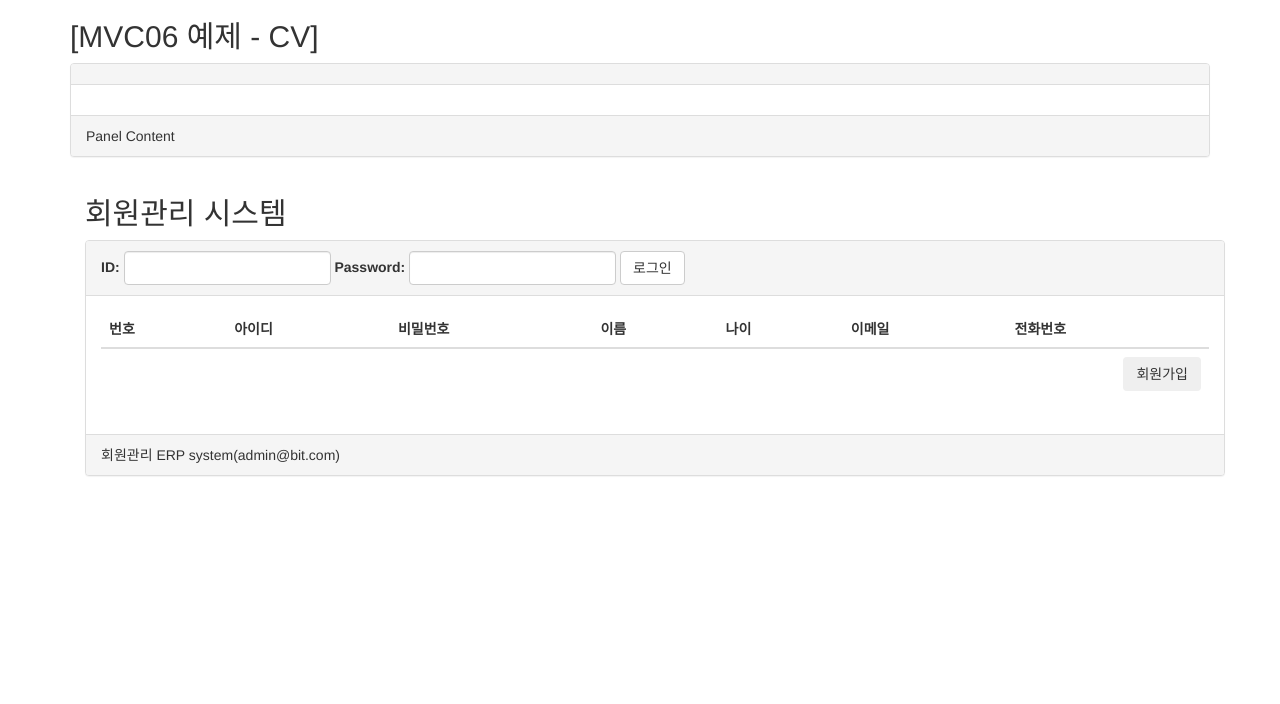
Repository: yhb131618/JAVA_WEB_PROJECT
Page: http://localhost/MVC06/WEB-INF/member/memberlist.jsp
The author's editor kept a copy of each file at every save. The page is drawn from the files as they stood at one save, then again after the next save.
The browser window is 1280 px wide. The pictures show the whole page.
Some web libraries are served in a nearby version. The page is served by Tomcat 9. Nobody is signed in. Other server files are loaded and not shown. The template is opened directly, without the code that normally fills it, so the values that code supplies are empty.

Above is the page before, as saved 2023-12-27 05:54:25.

### MVC06/WebContent/WEB-INF/member/memberlist.jsp
<%@ page language="java" contentType="text/html; charset=UTF-8"
    pageEncoding="UTF-8"%>
<%@ page import="kr.bit.model.*" %>
<%@ page import="java.util.*" %>

<%

	ArrayList<MemberVO> list = (ArrayList<MemberVO>)request.getAttribute("list");
%>
<%@taglib prefix="c" uri="http://java.sun.com/jsp/jstl/core" %>
<c:set var="ctx" value="${pageContext.request.contextPath}"/>

<!DOCTYPE html>
<html>
<head>
<meta charset="UTF-8">
<meta name="viewport" content="width=device-width, initial-scale=1">
<link rel="stylesheet" href="https://maxcdn.bootstrapcdn.com/bootstrap/3.4.1/css/bootstrap.min.css">
<script src="https://code.jquery.com/jquery-3.2.1.min.js"></script>
<script src="https://ajax.googleapis.com/ajax/libs/jquery/3.7.1/jquery.min.js"></script>
<script src="https://maxcdn.bootstrapcdn.com/bootstrap/3.4.1/js/bootstrap.min.js"></script>
<script type="text/javascript">
	$(document).ready(function(){
		<c:if test="${!empty msg}">
			alter("${msg}");
			<c:remove var="msg" scope="session"/>
		</c:if>
	});

	function deleteFn(num){
		location.href="${ctx}/memberDelete.do?num="+num;
	}
	function check(){
		if($('#user_id').val()== ''){
			alert("아이디를 입력하세요");
			return false;
		}
		if($('#password').val()== ''){
			alert("비밀번호를 입력하세요");
			return false;
		}

	return true;
	}
	function logout(){
		//System.out.println("logout");
		location.href="<c:url value='/memberLogout.do'/>";
	}
</script>
<title>Insert title here</title>
</head>
<body>

<div class="container">
  <h2>[MVC06 예제 - CV]</h2>
  <div class="panel panel-default">
    <div class="panel-heading">
    <c:if test="${sessionScope.userId!=null && sessionScope.userId!='' }">
    	<label>${sessionScope.userName}님이 로그인 하셨습니다.</label>
    </c:if>
    <c:if test="${sessionScope.userId==null && sessionScope.userId=='' }">
    	<label>${sessionScope.userName}안녕하세요.</label>
    </c:if>
   	</div>
    <div class="panel-body">





	</div>
    <div class="panel-footer">Panel Content</div>

  </div>


<div class ="container">
	<h2>회원관리 시스템</h2>
	<div class="panel panel-default">
		<div class="panel-heading">
		<c:if test="${sessionScope.userId == null || sessionScope.userId == ''}">

			<form class="form-inline" action="${ctx}/memberLogin.do" method="post">
			  <div class="form-group">
			    <label for="user_id">ID:</label>
			    <input type="text" class="form-control" id="user_id" name ="user_id">
			  </div>
			  <div class="form-group">
			    <label for="pwd">Password:</label>
			    <input type="password" class="form-control" id="password" name ="password">
			  </div>
			  <button type="submit" class="btn btn-default" onclick="return check()">로그인</button>
			</form>
		</c:if>


		<c:if test="${sessionScope.userId != null && sessionScope.userId != ''}">
			${sessionScope.userName}님 환영합니다.
			<button type="button" class="btn btn-warnging" onclick="logout()">로그아웃</button>
	    </c:if>

		</div>
		<div class="panel-body">
			<div class="table-responsive">
			  <table class="table table-hover">
			    <thead>
					<tr>
						<th>번호</th>
						<th>아이디</th>
						<th>비밀번호</th>
						<th>이름</th>
						<th>나이</th>
						<th>이메일</th>
						<th>전화번호</th>
					</tr>
			    </thead>
			    <tbody>
					<c:forEach var="vo" items="${list}">
							<tr>
								<td>${vo.num}</td>
								<td><a href="${ctx}/memberContent.do?num=${vo.num}">${vo.id}</a></td>
								<td>${vo.pass}</td>
								<td>${vo.name}</td>
								<td>${vo.age}</td>
								<td>${vo.email}</td>
								<td>${vo.phone}</td>

								<c:if test="${sessionScope.userId==vo.id}">
									<td><input type="button" value="삭제" class="btn btn-Warning" onclick="deleteFn(${vo.num})"></td>
								</c:if>
								<c:if test="${sessionScope.userId!=vo.id}">
									<td><input type="button" value="삭제" class="btn btn-Warning" onclick="deleteFn(${vo.num})" disabled="disabled"></td>
								</c:if>
							</tr>
					</c:forEach>
						<tr>
						<td colspan="8" align="right"><input type="button" value="회원가입" class="btn" onclick="location.href='${ctx}/memberRegister.do'"/></td>
						</tr>
			    </tbody>
			  </table>
			  </div>
			</div>
			  <div class="panel-footer">
			  	회원관리 ERP system(admin@bit.com)
			  </div>

		 </div>


</div>



</body>
</html>

After the next save:
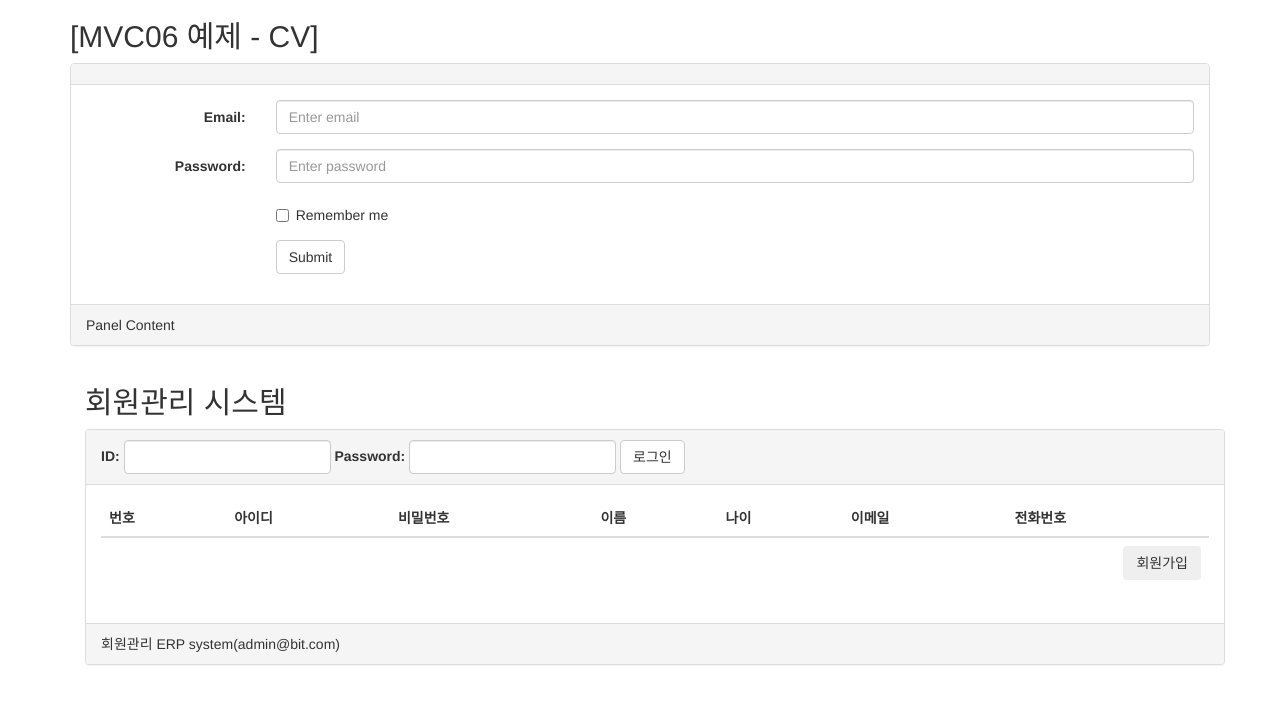
Saved 64 s later.
--- a/MVC06/WebContent/WEB-INF/member/memberlist.jsp
+++ b/MVC06/WebContent/WEB-INF/member/memberlist.jsp
@@ -64,8 +64,32 @@
    	</div>
     <div class="panel-body">
 
-
-
+		<form class="form-horizontal" action="/action_page.php">
+		  <div class="form-group">
+		    <label class="control-label col-sm-2" for="email">Email:</label>
+		    <div class="col-sm-10">
+		      <input type="email" class="form-control" id="email" placeholder="Enter email">
+		    </div>
+		  </div>
+		  <div class="form-group">
+		    <label class="control-label col-sm-2" for="pwd">Password:</label>
+		    <div class="col-sm-10">
+		      <input type="password" class="form-control" id="pwd" placeholder="Enter password">
+		    </div>
+		  </div>
+		  <div class="form-group">
+		    <div class="col-sm-offset-2 col-sm-10">
+		      <div class="checkbox">
+		        <label><input type="checkbox"> Remember me</label>
+		      </div>
+		    </div>
+		  </div>
+		  <div class="form-group">
+		    <div class="col-sm-offset-2 col-sm-10">
+		      <button type="submit" class="btn btn-default">Submit</button>
+		    </div>
+		  </div>
+		</form>
 
 
 	</div>
